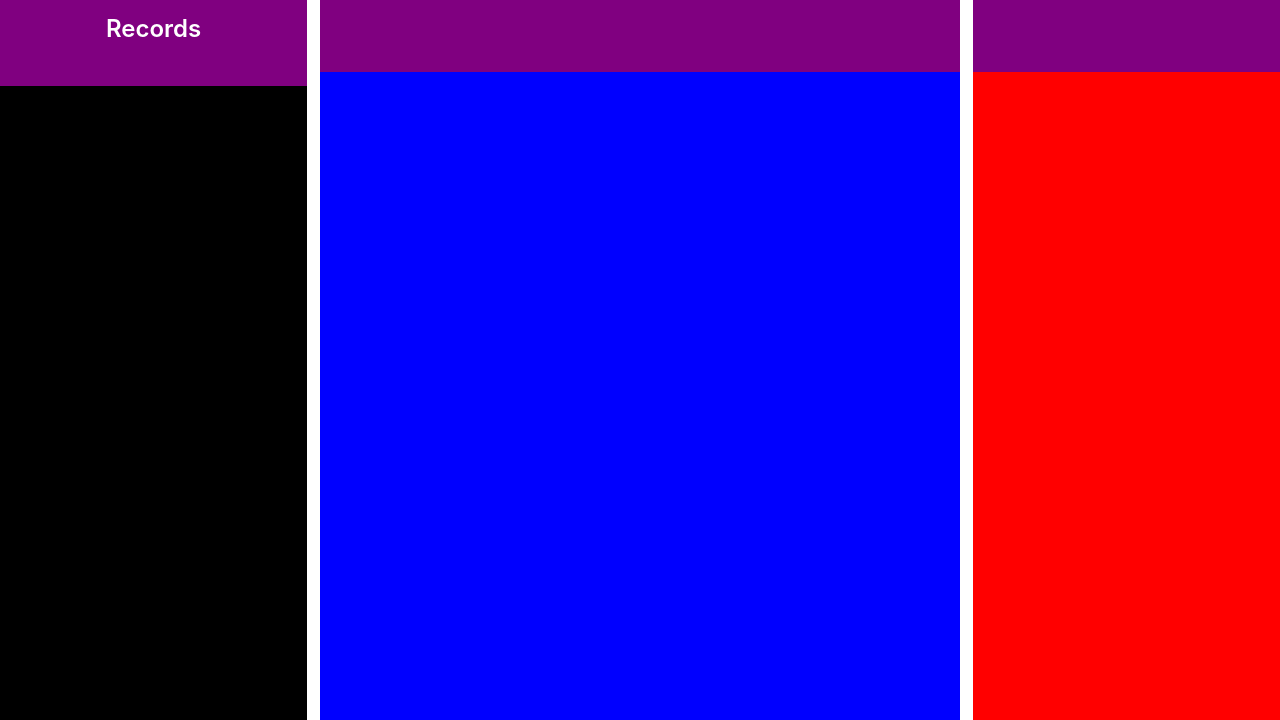
Repository: napan24/classforma_assignment
Page: / (app in client/)
An editor plug-in stored every save of this project. The page is shown before and after the next save, followed by the edit.
The browser window is 1280 px wide. The pictures show the whole page.
The project was rebuilt for these pictures with package versions that can differ from the ones it lists, and the page was loaded fresh each time. Also part of the build but not shown: client/src/App.css.

Above is the page before, as saved 2022-07-19 16:30:26.

After the next save:
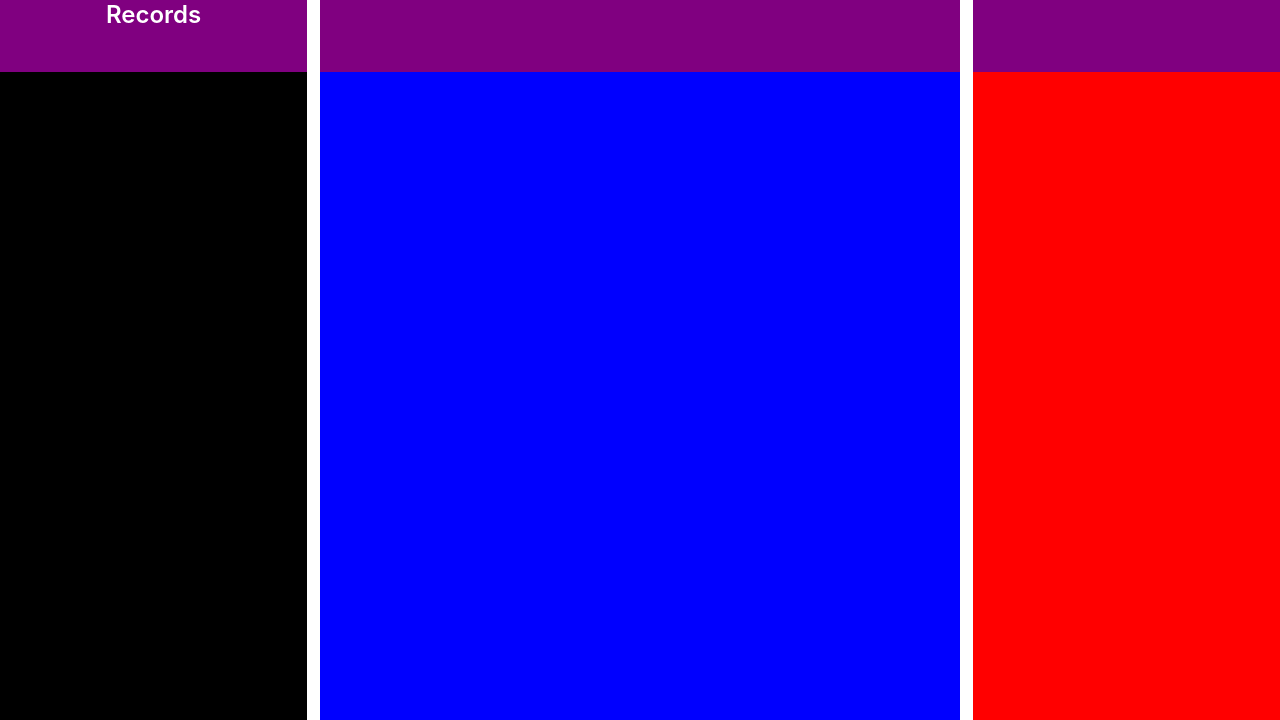
Saved 20 s later.
--- a/client/src/Home.js
+++ b/client/src/Home.js
@@ -5,8 +5,10 @@ const Home = () => {
         <>
             <div style={{ display: 'flex', width: "100vw", height: "100vh"}}>
                 <div style={{ width: "24vw", height: "100vh", backgroundColor: "black",marginRight:"1vw" }}>
-                    <div style={{ width: "24vw", height: "10vh", backgroundColor: "purple",textAlign:'center',fontSize:'150%',color:"white",fontWeight:"600",paddingTop:"2vh" }}>
+                    <div style={{ width: "24vw", height: "10vh", backgroundColor: "purple",textAlign:'center',fontSize:'150%',color:"white",fontWeight:"600" }}>
+                        <span>
                         Records
+                        </span>
                     </div>
                     <div>
 
